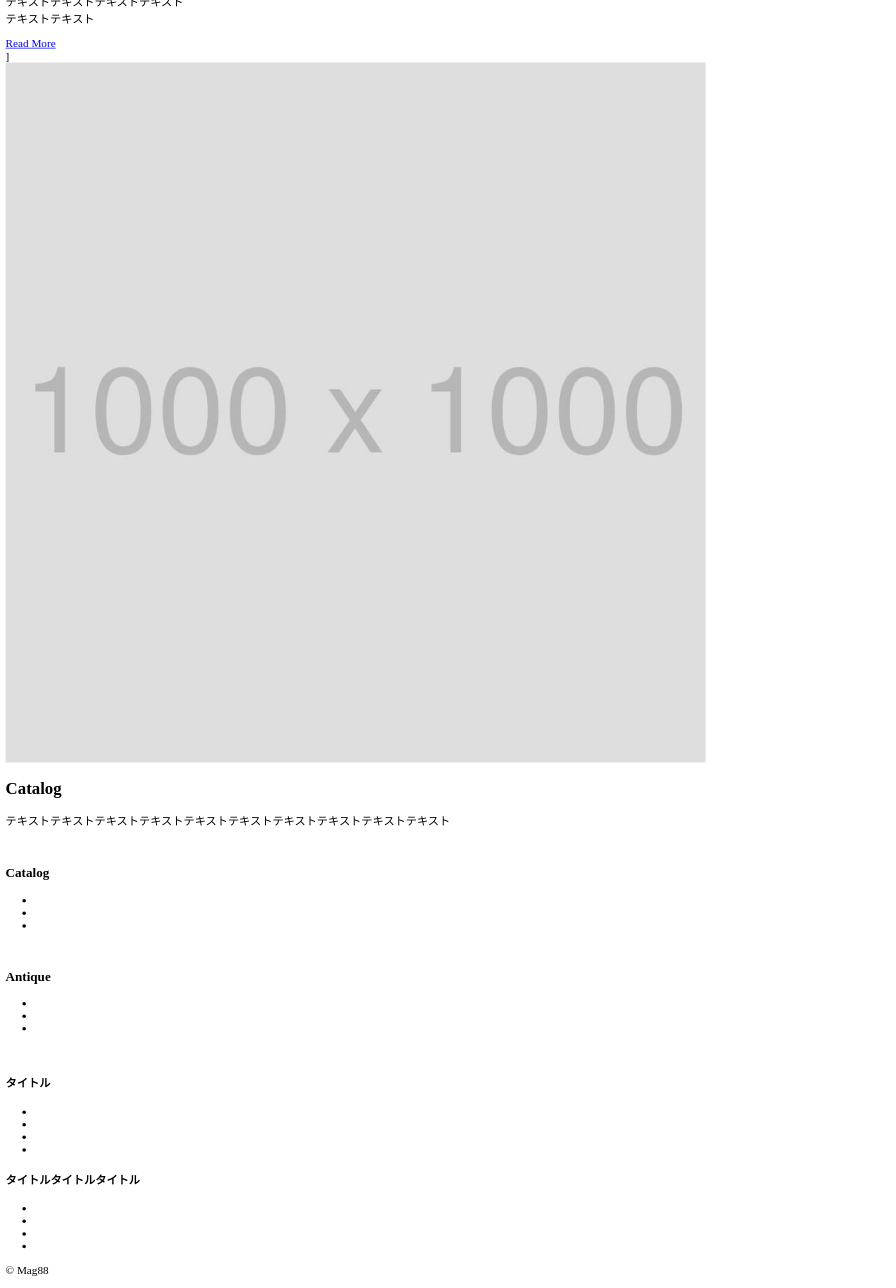
Repository: Fuki-san/bookstore
Page: http://localhost/book
These files come from the project's save history. The page is drawn as it stood at one moment and after the next save; the edit follows.
The browser window is 1280 px wide. The pictures show the part of the page from y = 2475 to 4395 px (the page is 4315 px tall before and 4395 px after), at 70% of full size.
The page is served by the project's Laravel application, run on PHP 8.4 with Laravel 10.

Above is the page before, as saved 2023-11-20 12:21:08.

After the next save:
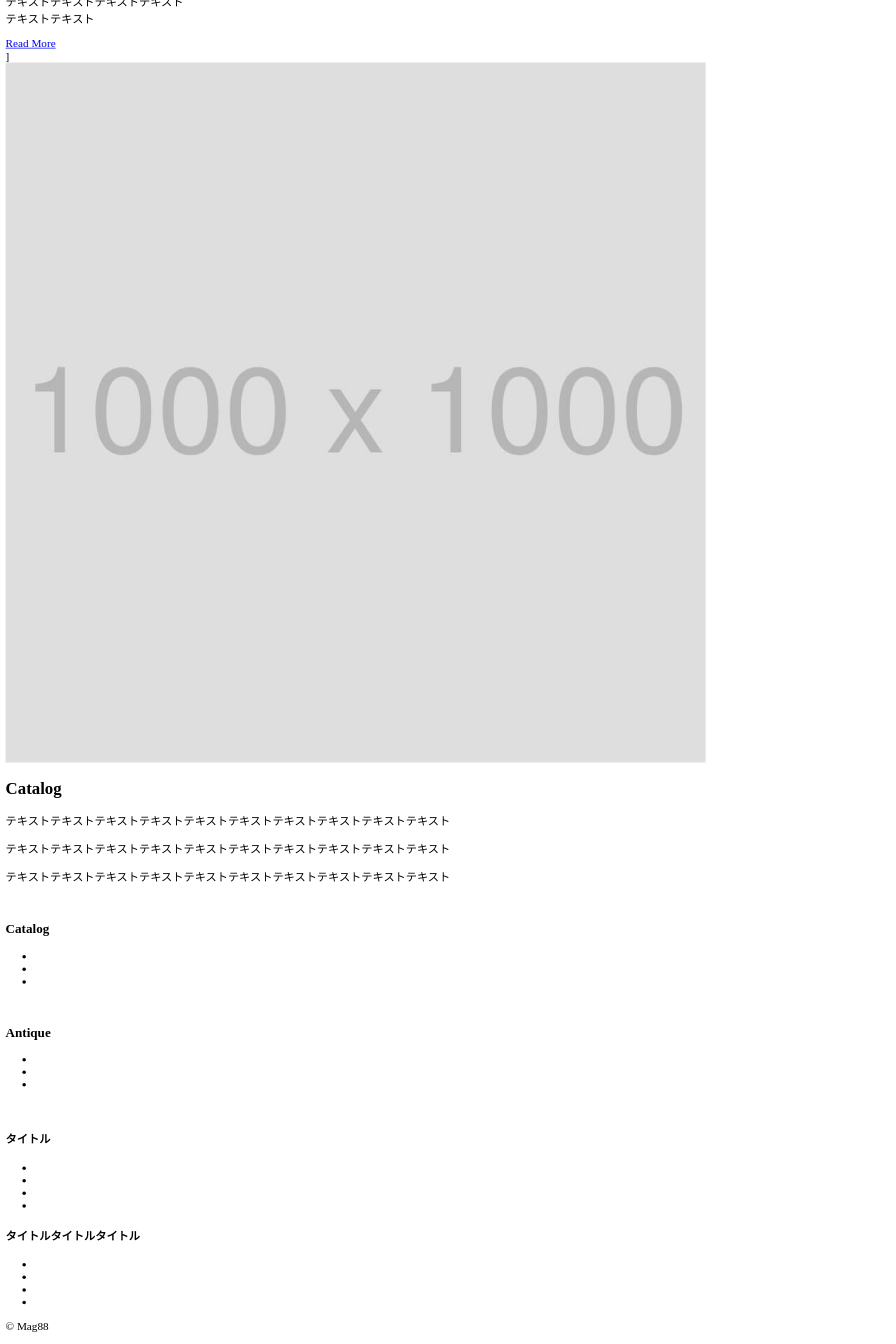
Saved 7 s later.
--- a/resources/views/bookstore.blade.php
+++ b/resources/views/bookstore.blade.php
@@ -54,6 +54,8 @@
                 <div class="item">
                     <h2 class="sec-title">Catalog</h2>
                     <p>テキストテキストテキストテキストテキストテキストテキストテキストテキストテキスト</p>
+                    <p>テキストテキストテキストテキストテキストテキストテキストテキストテキストテキスト</p>
+                    <p>テキストテキストテキストテキストテキストテキストテキストテキストテキストテキスト</p>
                 </div>
             </div>
             <img src="">
